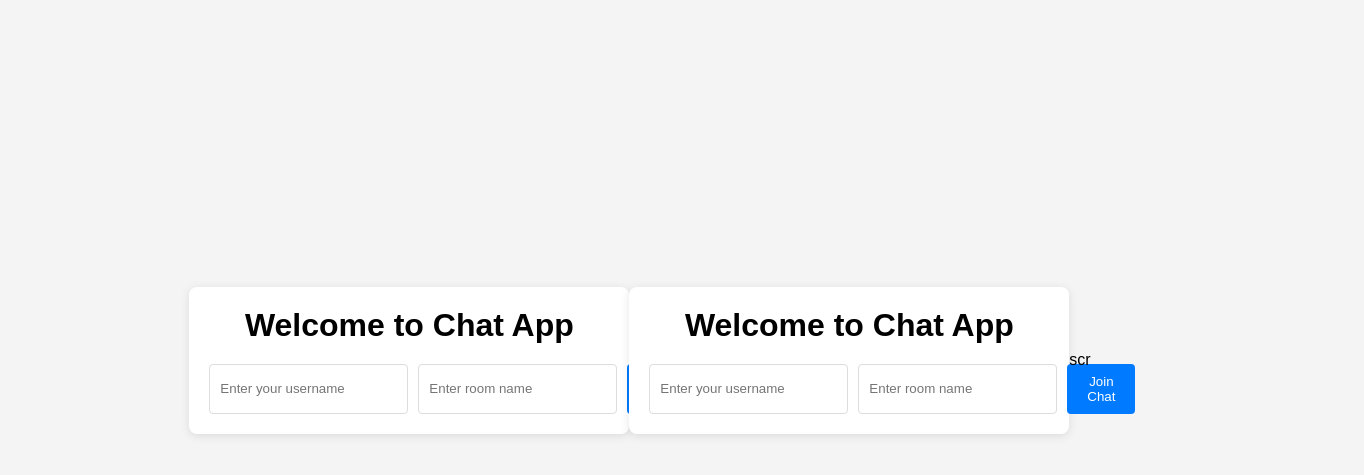
Repository: nikhil-kamboj420/Live-Chat-App
Page: index.html
The author's editor kept a copy of each file at every save. The page is drawn from the files as they stood at one save, then again after the next save.
The browser window is 1280 px wide. The page is 1280 px wide, then 1364 px, so the pictures cover 1364 px, including what lies to the right of the window. The pictures show the whole page.

Above is the page before, as saved 2024-11-16 16:54:46.
Console error: TypeError: Cannot set properties of null (setting 'innerText')

### index.html
<!DOCTYPE html>
<html lang="en">
<head>
  <meta charset="UTF-8">
  <meta name="viewport" content="width=device-width, initial-scale=1.0">
  <title>Chat App - Home</title>
  <link rel="stylesheet" href="style.css">
</head>
<body>
  <div class="container">
    <h1>Welcome to Chat App</h1>
    <form id="joinForm">
      <input type="text" id="username" placeholder="Enter your username" required>
      <input type="text" id="room" placeholder="Enter room name" required>
      <button type="submit">Join Chat</button>
    </form>
  </div>
  <script>
    document.getElementById('joinForm').addEventListener('submit', (e) => {
      e.preventDefault();
      const username = document.getElementById('username').value;
      const room = document.getElementById('room').value;
      window.location.href = `chat.html?username=${username}&room=${room}`;
    });
  </script>
  <script src="./app.js"></script>
</body>
</html>
<!DOCTYPE html>
<html lang="en">
<head>
  <meta charset="UTF-8">
  <meta name="viewport" content="width=device-width, initial-scale=1.0">
  <title>Chat App - Home</title>
  <link rel="stylesheet" href="style.css">
</head>
<body>
  <div class="container">
    <h1>Welcome to Chat App</h1>
    <form id="joinForm">
      <input type="text" id="username" placeholder="Enter your username" required>
      <input type="text" id="room" placeholder="Enter room name" required>
      <button type="submit">Join Chat</button>
    </form>
  </div>
  <script>
    document.getElementById('joinForm').addEventListener('submit', (e) => {
      e.preventDefault();
      const username = document.getElementById('username').value;
      const room = document.getElementById('room').value;
      window.location.href = `chat.html?username=${username}&room=${room}`;
    });
  </script>
  scr
</body>
</html>

### style.css
body {
    font-family: Arial, sans-serif;
    margin: 0;
    padding: 0;
    display: flex;
    justify-content: center;
    align-items: center;
    height: 100vh;
    background: #f4f4f4;
  }

  .container, .chat-container {
    width: 400px;
    background: white;
    padding: 20px;
    border-radius: 8px;
    box-shadow: 0 2px 10px rgba(0, 0, 0, 0.1);
  }

  h1, h2 {
    margin: 0 0 20px;
    text-align: center;
  }

  .messages {
    height: 300px;
    overflow-y: auto;
    border: 1px solid #ddd;
    padding: 10px;
    margin-bottom: 10px;
  }

  form {
    display: flex;
    gap: 10px;
  }

  input[type="text"] {
    flex: 1;
    padding: 10px;
    border: 1px solid #ddd;
    border-radius: 4px;
  }

  button {
    padding: 10px 20px;
    border: none;
    background: #007bff;
    color: white;
    border-radius: 4px;
    cursor: pointer;
  }

### app.js
const urlParams = new URLSearchParams(window.location.search);
const username = urlParams.get('username');
const room = urlParams.get('room');

document.getElementById('roomName').innerText = `Room: ${room}`;

const ws = new WebSocket(`ws://${window.location.hostname}:`);
ws.onopen = () => {
  ws.send(
    JSON.stringify({
      type: 'join',
      username,
      room,
    })
  );
};

ws.onmessage = (event) => {
  const message = JSON.parse(event.data);
  const chatMessages = document.getElementById('chatMessages');

  if (message.type === 'error') {
    alert(message.message);
    window.location.href = '/';
    return;
  }

  const messageDiv = document.createElement('div');
  if (message.type === 'chat') {
    messageDiv.innerHTML = `<strong>${message.username}</strong>: ${message.message} <small>${message.timestamp}</small>`;
  } else if (message.type === 'system') {
    messageDiv.innerHTML = `<em>${message.message}</em>`;
  } else if (message.type === 'success') {
    messageDiv.innerHTML = `<em>${message.message}</em>`;
  }

  chatMessages.appendChild(messageDiv);
  chatMessages.scrollTop = chatMessages.scrollHeight;
};

document.getElementById('messageForm').addEventListener('submit', (e) => {
  e.preventDefault();
  const messageInput = document.getElementById('messageInput');
  ws.send(JSON.stringify({ type: 'message', text: messageInput.value }));
  messageInput.value = '';
});

After the next save:
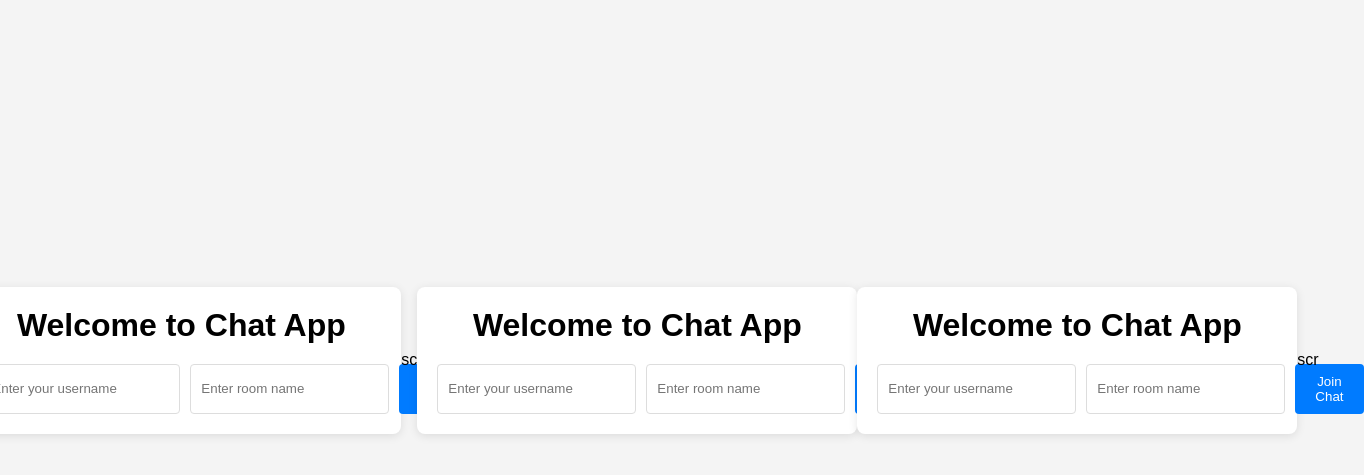
Saved 15 s later.
--- a/index.html
+++ b/index.html
@@ -1,3 +1,32 @@
+<!DOCTYPE html>
+<html lang="en">
+<head>
+  <meta charset="UTF-8">
+  <meta name="viewport" content="width=device-width, initial-scale=1.0">
+  <title>Chat App - Home</title>
+  <link rel="stylesheet" href="style.css">
+</head>
+<body>
+  <div class="container">
+    <h1>Welcome to Chat App</h1>
+    <form id="joinForm">
+      <input type="text" id="username" placeholder="Enter your username" required>
+      <input type="text" id="room" placeholder="Enter room name" required>
+      <button type="submit">Join Chat</button>
+    </form>
+  </div>
+  <script>
+    document.getElementById('joinForm').addEventListener('submit', (e) => {
+      e.preventDefault();
+      const username = document.getElementById('username').value;
+      const room = document.getElementById('room').value;
+      window.location.href = `chat.html?username=${username}&room=${room}`;
+    });
+  </script>
+  <script src="./app.js"></script>
+  sc
+</body>
+</html>
 <!DOCTYPE html>
 <html lang="en">
 <head>
